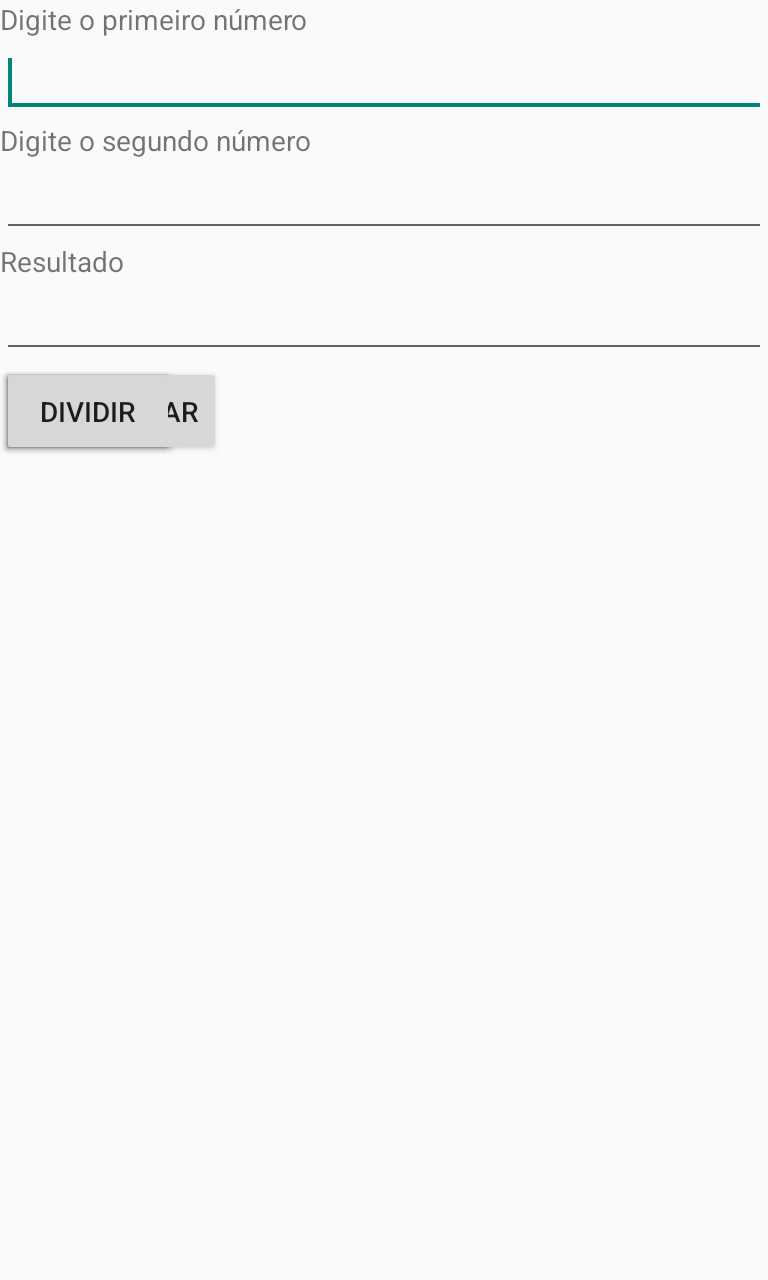
Repository: LucasSampaio/SysPizza-PSI
Layout: CodigoFonte/MOBILE/Calculadora_Neri/res/layout/activity_calculadora.xml
These files come from the project's save history. The layout is drawn as it stood at one moment and after the next save; the edit follows.
It is drawn on a 768 x 1280 px phone screen (xhdpi) without system bars, with theme AppTheme; the app's code is not run.

Above is the layout before, as saved 2014-09-04 20:02:07.

### CodigoFonte/MOBILE/Calculadora_Neri/res/layout/activity_calculadora.xml
<LinearLayout xmlns:android="http://schemas.android.com/apk/res/android"
    xmlns:tools="http://schemas.android.com/tools"
    android:orientation="vertical"
    android:layout_width="match_parent"
    android:layout_height="match_parent">

    <TextView
        android:layout_width="wrap_content"
        android:layout_height="wrap_content"
        android:text="Digite o primeiro número" />

    <EditText
        android:id="@+id/etNum01"
        android:layout_width="match_parent"
        android:layout_height="wrap_content"
        android:ems="10" >

        <requestFocus />
    </EditText>

    <TextView
        android:id="@+id/textView1"
        android:layout_width="wrap_content"
        android:layout_height="wrap_content"
        android:text="Digite o segundo número" />

    <EditText
        android:id="@+id/etNum02"
        android:layout_width="match_parent"
        android:layout_height="wrap_content"
        android:ems="10" />

    <TextView
        android:id="@+id/textView"
        android:layout_width="wrap_content"
        android:layout_height="wrap_content"
        android:text="Resultado" />

    <EditText
        android:id="@+id/etResultado"
        android:layout_width="fill_parent"
        android:layout_height="wrap_content"
        android:ems="10" />

    <RelativeLayout
        android:layout_width="match_parent"
        android:layout_height="match_parent" >

        <Button
            android:id="@+id/btnSomar"
            android:layout_width="wrap_content"
            android:layout_height="wrap_content"
            android:text="Somar" />

        <Button
            android:id="@+id/btnSubtrair"
            android:layout_width="wrap_content"
            android:layout_height="wrap_content"
            android:text="Subtrair" />

        <Button
            android:id="@+id/btnMultiplicar"
            android:layout_width="wrap_content"
            android:layout_height="wrap_content"
            android:text="Multiplicar" />

        <Button
            android:id="@+id/btnDividir"
            android:layout_width="wrap_content"
            android:layout_height="wrap_content"
            android:text="Dividir" />
    </RelativeLayout>

</LinearLayout>

Loaded but not shown: CodigoFonte/MOBILE/Calculadora_Neri/res/values/styles.xml (common file); CodigoFonte/MOBILE/Calculadora_Neri/res/values-v11/styles.xml (common file); CodigoFonte/MOBILE/Calculadora_Neri/res/values-v14/styles.xml (common file)

After the next save:
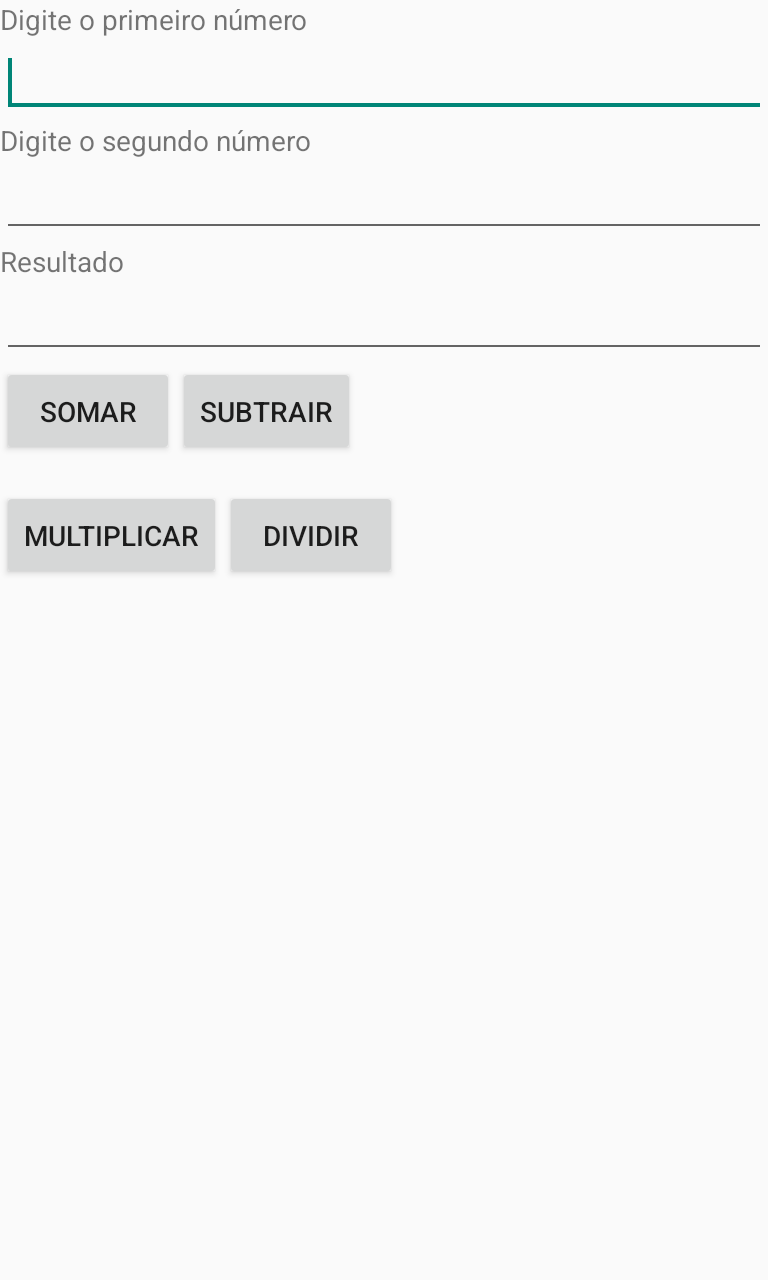
Saved 49 s later.
--- a/CodigoFonte/MOBILE/Calculadora_Neri/res/layout/activity_calculadora.xml
+++ b/CodigoFonte/MOBILE/Calculadora_Neri/res/layout/activity_calculadora.xml
@@ -56,19 +56,28 @@
             android:id="@+id/btnSubtrair"
             android:layout_width="wrap_content"
             android:layout_height="wrap_content"
+            android:layout_above="@+id/btnMultiplicar"
+            android:layout_toRightOf="@+id/btnSomar"
             android:text="Subtrair" />
 
         <Button
             android:id="@+id/btnMultiplicar"
             android:layout_width="wrap_content"
             android:layout_height="wrap_content"
+            android:layout_alignParentLeft="true"
+            android:layout_below="@+id/btnSomar"
+            android:layout_marginTop="14dp"
             android:text="Multiplicar" />
 
         <Button
             android:id="@+id/btnDividir"
             android:layout_width="wrap_content"
             android:layout_height="wrap_content"
+            android:layout_alignBaseline="@+id/btnMultiplicar"
+            android:layout_alignBottom="@+id/btnMultiplicar"
+            android:layout_toRightOf="@+id/btnMultiplicar"
             android:text="Dividir" />
+
     </RelativeLayout>
 
 </LinearLayout>
